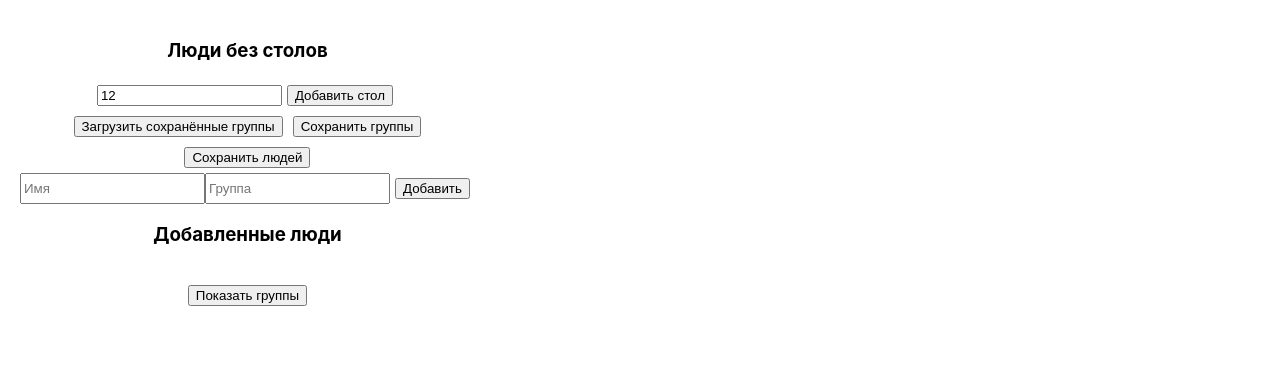
Repository: Vahan-23/Table-V2
Page: /
The author's editor kept a copy of each file at every save. The page is drawn from the files as they stood at one save, then again after the next save.
The browser window is 1280 px wide. The pictures show the whole page.
The project was rebuilt for these pictures with package versions that can differ from the ones it lists, and the page was loaded fresh each time.

Above is the page before, as saved 2025-02-26 11:59:11.

### src/App.js
import './App.css';
import SeatingArrangement from './component/SeatingArrangement';

function App() {
  return (
    <div className="App">
      <SeatingArrangement />
    </div>
  );
}

export default App;

### src/component/SeatingArrangement.jsx
import React, { useState, useEffect } from 'react';
import { useDrag, useDrop } from 'react-dnd';
import { DndProvider } from 'react-dnd';
import { HTML5Backend } from 'react-dnd-html5-backend';
import './App.css';

const UnseatedPeopleList = ({ people, tables }) => {
    // Фильтруем людей, которые не сидят за столами
    const unseatedPeople = people.filter((person) => {
        return !tables.some((table) => table.people.some((tablePerson) => tablePerson && tablePerson.name === person.name));
    });

    return (
        <div className="unseated-people-list">
            <h3>Люди без столов</h3>
            <ul>
                {unseatedPeople.map((person, index) => (
                    <li key={index}>
                        {person.name} (Группа {person.group})
                    </li>
                ))}
            </ul>
        </div>
    );
};

const SeatingArrangement = () => {
    const [tables, setTables] = useState([]);
    const [people, setPeople] = useState([]);
    const [groupInput, setGroupInput] = useState('');
    const [peopleInput, setPeopleInput] = useState('');
    const [showGroups, setShowGroups] = useState(false);
    const [draggingGroup, setDraggingGroup] = useState(null);
    const [zoom, setZoom] = useState(1);
    const [chairCount, setChairCount] = useState(12);

    useEffect(() => {
        window.addEventListener("wheel", handleWheel, { passive: false });
        return () => window.removeEventListener("wheel", handleWheel);
    }, []);

    const handleWheel = (e) => {
        if (e.ctrlKey) {
            e.preventDefault();
            setZoom((prevZoom) => {
                let newZoom = prevZoom + (e.deltaY > 0 ? -0.1 : 0.1);
                return Math.min(Math.max(newZoom, 0.5), 2); // Ограничиваем от 0.5x до 2x
            });
        }
    };

    useEffect(() => {
        const savedTables = JSON.parse(localStorage.getItem('tables'));
        if (savedTables) setTables(savedTables);
        const savedPeople = JSON.parse(localStorage.getItem('people'));
        if (savedPeople) setPeople(savedPeople);
    }, []);

    const handleAddPerson = () => {
        if (peopleInput && groupInput) {
            const newPerson = { name: peopleInput, group: groupInput };
            setPeople([...people, newPerson]);
            setPeopleInput('');
            setGroupInput('');
        } else {
            alert('Пожалуйста, заполните все поля.');
        }
    };

    const handleDeletePerson = (personName) => {
        setPeople(people.filter((person) => person.name !== personName));
    };

    const handleAddTable = () => {
        setTables([...tables, { id: Date.now(),  people: [], chairCount }]); // Передаем количество стульев в таблицу
    };


    const handleChairCountChange = (e) => {
        setChairCount(parseInt(e.target.value, 10)); // Изменяем количество стульев
    };

    const handleDeleteTable = (tableId) => {
        setTables((prevTables) => {
            // Находим удаляемый стол
            const tableToRemove = prevTables.find((t) => t.id === tableId);

            if (tableToRemove) {
                setPeople((prevPeople) => {
                    // Добавляем людей обратно в общий список, избегая дублирования
                    const peopleToReturn = tableToRemove.people.filter((p) => p !== null);
                    return [...prevPeople, ...peopleToReturn];
                });
            }

            // Удаляем стол
            return prevTables.filter((t) => t.id !== tableId);
        });
    };

    const saveTables = () => {
        localStorage.setItem('tables', JSON.stringify(tables));
    };

    const loadSavedTables = () => {
        const savedTables = JSON.parse(localStorage.getItem('tables'));
        if (savedTables) setTables(savedTables);
    };

    const savePeople = () => {
        localStorage.setItem('people', JSON.stringify(people));
    };


    const renderGroups = () => {
        const groupedPeople = people.reduce((acc, person) => {
            if (!acc[person.group]) acc[person.group] = [];
            acc[person.group].push(person);
            return acc;
        }, {});

        return Object.values(groupedPeople).map((group, index) => (
            <Group
                key={index}
                group={group}
                groupName={`Группа ${index + 1}`}
                setDraggingGroup={setDraggingGroup}
            />
        ));
    };


    return (
        <DndProvider backend={HTML5Backend}>
            <div className="container">
                <div className="left-panel">
                <UnseatedPeopleList people={people} tables={tables} />
                    <div className="controls">
                    <input
                            type="number"
                            value={chairCount}
                            onChange={handleChairCountChange}
                            min="1"
                            placeholder="Количество стульев на столе"
                        />
                        <button onClick={handleAddTable}>Добавить стол</button>
                        <button onClick={loadSavedTables}>Загрузить сохранённые группы</button>
                        <button onClick={saveTables}>Сохранить группы</button>
                        <button onClick={savePeople}>Сохранить людей</button>
                    </div>

                    <div className="person-input">
                        <input
                            type="text"
                            value={peopleInput}
                            onChange={(e) => setPeopleInput(e.target.value)}
                            placeholder="Имя"
                        />
                        <input
                            type="text"
                            value={groupInput}
                            onChange={(e) => setGroupInput(e.target.value)}
                            placeholder="Группа"
                        />
                        <button onClick={handleAddPerson}>Добавить</button>
                    </div>

                    <div className="people-list">
                        <h3>Добавленные люди</h3>
                        <ul>
                            {people.map((person, index) => (
                                <li key={index}>
                                    {person.name} (Группа {person.group})
                                    <button
                                        onClick={() => handleDeletePerson(person.name)}
                                        className="delete-btn"
                                    >
                                        Удалить
                                    </button>
                                </li>
                            ))}
                        </ul>
                    </div>

                    <div className="toggle-groups">
                        <button onClick={() => setShowGroups(!showGroups)}>
                            {showGroups ? 'Скрыть группы' : 'Показать группы'}
                        </button>
                        {showGroups && (
                            <div className="group-list">

                                <h3>Группы для перетаскивания: </h3>
                                {renderGroups()}
                                <div className="controls">
                                    <button onClick={() => setZoom((z) => Math.min(z + 0.1, 2))}>+</button>
                                    <button onClick={() => setZoom((z) => Math.max(z - 0.1, 0.5))}>-</button>
                                </div>
                            </div>
                        )}
                    </div>
                </div>

                <div className="right-panel" style={{ transform: `scale(${zoom})`, transformOrigin: "center" }}>
            {tables.map((table) => (
                <Table
                    key={table.id}
                    table={table}
                    setTables={setTables}
                    handleDeleteTable={handleDeleteTable}
                    draggingGroup={draggingGroup}
                    setDraggingGroup={setDraggingGroup}
                    people={people} // Pass the `people` prop here
                    setPeople={setPeople}

                />
            ))}

            {draggingGroup && (
                <NewTable
                    draggingGroup={draggingGroup}
                    setTables={setTables}
                    setDraggingGroup={setDraggingGroup}
                    setPeople={setPeople}
                />
            )}
        </div>
            </div>
        </DndProvider>
    );

};

const Popup = ({ people, onSelectPerson, onClose }) => {
    return (
        <div className="popup-overlay" onClick={onClose}>
            <div className="popup-content" onClick={(e) => e.stopPropagation()}>
                <h3>Выберите человека</h3>
                <ul>
                    {people.map((person, index) => (
                        <li key={index}>
                            <button onClick={() => onSelectPerson(person)}>
                                {person.name}
                            </button>
                        </li>
                    ))}
                </ul>
                <button onClick={onClose}>Закрыть</button>
            </div>
        </div>
    );
};

// Компонент Table
const Table = ({ table, setTables, handleDeleteTable, draggingGroup, setDraggingGroup, people ,setPeople }) => {
    const [selectedChairIndex, setSelectedChairIndex] = useState(null);
    const [isPopupVisible, setIsPopupVisible] = useState(false);

    const [, drop] = useDrop({
        accept: 'GROUP',
        drop: (item) => {
            if (table.people.length + item.group.length <= table.chairCount) { // Используем chairCount стола
                setTables((prevTables) =>
                    prevTables.map((t) =>
                        t.id === table.id
                            ? { ...t, people: [...t.people, ...item.group] }
                            : t
                    )
                );
                setDraggingGroup(null);
                setPeople((prevPeople) =>
                    prevPeople.filter((person) => !item.group.some((groupPerson) => groupPerson.name === person.name))
                ); }
                else {
                alert(`На столе не может быть больше ${table.chairCount} человек!`);
            }
        },
    });

    const handleChairClick = (index) => {
        setSelectedChairIndex(index);
        setIsPopupVisible(true); // Показываем попап
    };

    const handleSelectPerson = (person) => {
        if (selectedChairIndex !== null) {
            const updatedPeople = [...table.people];
            updatedPeople[selectedChairIndex] = person;
            setTables((prevTables) =>
                prevTables.map((t) =>
                    t.id === table.id ? { ...t, people: updatedPeople } : t
                )
            );
            setPeople((prevPeople) =>
                prevPeople.filter((p) => p.name !== person.name)
            );
            setIsPopupVisible(false); // Закрываем попап
            setSelectedChairIndex(null); // Сбрасываем выбранный стул
        }
    };

    const filteredPeople = people.filter((person) => {
        return !table.people.some((tablePerson) => tablePerson && tablePerson.name === person.name);
    });

    const chairs = [];
    const angleStep = 360 / table.chairCount; // Используем chairCount стола
    const radius = 140;

    const peopleOnTable = table.people || [];

    for (let i = 0; i < table.chairCount; i++) { // Здесь также используем chairCount
        const angle = angleStep * i;
        const xPosition = radius * Math.cos((angle * Math.PI) / 180);
        const yPosition = radius * Math.sin((angle * Math.PI) / 180);

        const chairStyle = {
            position: 'absolute',
            top: '50%',
            left: '50%',
            transformOrigin: 'center',
            width: '60px',
            height: '60px',
            backgroundImage: peopleOnTable[i] ? "url('/red1.png')" : "url('/green2.png')",
            backgroundSize: 'cover',
            backgroundPosition: 'center',
            backgroundRepeat: 'no-repeat',
            color: 'white',
            display: 'flex',
            justifyContent: 'center',
            alignItems: 'center',
            borderRadius: '50%',
            fontSize: '12px',
            textAlign: 'center',
            left: `calc(50% + ${xPosition}px)`,
            top: `calc(50% + ${yPosition}px)`,

        };


        if (angle >= 0 && angle < 90) {
            chairStyle.transform = `rotate(${angle + 90}deg)`;
        } else if (angle >= 90 && angle < 180) {
            chairStyle.transform = `rotate(${angle + 90}deg)`;
        } else if (angle >= 180 && angle < 270) {
            chairStyle.transform = `rotate(${angle + 90}deg)`;
        } else {
            chairStyle.transform = `rotate(${angle + 90}deg)`;
        }

        chairs.push(
            <div
                key={i}
                className="chair"
                style={chairStyle}
                onClick={() => handleChairClick(i)}
            >
                {peopleOnTable[i] ? peopleOnTable[i].name : ''}
            </div>
        );
    }


    return (
        <div ref={drop} className="tableContainer">
            <h3>Стол {table.id} (Стульев: {table.chairCount})</h3> {/* Отображаем количество стульев */}
            <div className="table">
                <div className="table-top">
                    {chairs}
                </div>
            </div>
            <button onClick={() => handleDeleteTable(table.id)}>Удалить стол</button>

            {isPopupVisible && (
                <div className="popup-overlay">
                    <div className="popup">
                        <h3>Выберите человека</h3>
                        <ul>
                            {filteredPeople.map((person) => (
                                <li key={person.name} onClick={() => handleSelectPerson(person)}>
                                    {person.name}
                                </li>
                            ))}
                        </ul>
                        <button onClick={() => setIsPopupVisible(false)}>Закрыть</button>
                    </div>
                </div>
            )}
        </div>
    );
};


const Group = ({ group, groupName, setDraggingGroup }) => {
    const [{ isDragging }, drag] = useDrag({
        type: 'GROUP',
        item: { group },
        collect: (monitor) => ({
            isDragging: monitor.isDragging(),
        }),
    });

    useEffect(() => {
        if (isDragging) {
            setDraggingGroup(group);
        }
    }, [isDragging, group, setDraggingGroup]);

    return (
        <div ref={drag} className="group" style={{ opacity: isDragging ? 0.5 : 1 }}>
            <h4>{groupName}</h4>
        </div>
    );
};




const NewTable = ({ draggingGroup, setTables, setDraggingGroup , setPeople }) => {
    const [{ isOver }, drop] = useDrop({
        accept: 'GROUP',
        drop: (item) => {
            // Ensure the group isn't too large
            if (item.group.length <= 12) {
                const newTable = {
                    id: Date.now(), // Unique ID for the table
                    people: item.group, // Assign the dropped group to the table
                    chairCount: item.group.length, // Number of chairs is equal to the group size
                };

                // Add the new table to the state
                setTables((prevTables) => [...prevTables, newTable]);
                setPeople((prevPeople) =>
                    prevPeople.filter((person) => !item.group.some((groupPerson) => groupPerson.name === person.name))
                );

            } else {
                alert('Новый стол не может содержать больше 12 человек!');
            }

            // Reset the dragging group after the drop
            setDraggingGroup(null);
        },
        collect: (monitor) => ({
            isOver: monitor.isOver(), // Determine if the area is being hovered
        }),
    });

    return (
        <div
            ref={drop}
            className={`new-table ${isOver ? 'hovered' : ''}`} // Add a visual effect when hovered
            style={{
                border: '2px dashed gray',
                padding: '20px',
                textAlign: 'center',
                backgroundColor: isOver ? '#e0e0e0' : '#f5f5f5',
            }}
        >
            Перетащите группу сюда, чтобы создать новый стол
        </div>
    );
};


export default SeatingArrangement;

### src/component/App.css
.container {
  display: flex;
  padding: 20px;
}

.left-panel {
  flex: 1;
  margin-right: 20px;
}

.right-panel {
  flex: 2;
  display: flex;
  flex-wrap: wrap;
  justify-content: flex-start;
}

.controls button, .person-input button {
  margin: 5px;
}

.person-input {
  display: flex;
  justify-content: space-between;
  margin-bottom: 10px;
}

.people-list ul {
  list-style-type: none;
  padding: 0;
}

.people-list li {
  margin-bottom: 10px;
}

.delete-btn {
  margin-left: 10px;
}

.toggle-groups button {
  margin-top: 20px;
}

.tableContainer{
  position: relative;
  display: flex;
  width: 450px;
  height: 450px;
  /* background-color: aqua; */
  justify-content: space-between;
  align-items: center;
  text-align: center;
  flex-direction: column;
  /* border-radius: 50%; */
  overflow: hidden;
}

.table {
  /* position: relative; */
  margin: 20px;
  width: 200px;
  height: 200px;
  border: 50px solid #e7d8c7;
  border-radius: 50%;
  display: flex;
  justify-content: center;
  align-items: center;
  background-image: url('../../public/table.jpg');
  background-size: cover;
}

.table-top {
  position: relative;
  top: -15%;
  left: -15%;
  /* /* width: 250px; */
  /* height: 250px; */
}

.chair {
  position: absolute;
  width: 60px;
  height: 60px;
  background-size: cover;
  background-position: center;
  background-repeat: no-repeat;
  color: white;
  display: flex;
  justify-content: center;
  align-items: center;
  border-radius: 50%;
  font-size: 12px;
  text-align: center;
  cursor: pointer;
  transition: transform 0.2s ease, opacity 0.2s ease;
}

.chair:hover {
  transform: scale(1.1);
  opacity: 0.7;
}
.new-table {
  width: 100px;
  height: 100px;
  background-color: lightgray;
  margin: 10px;
  display: flex;
  justify-content: center;
  align-items: center;
  font-size: 14px;
  border: 2px dashed #3498db;
  position: relative;
}

.group {
  padding: 10px;
  border: 1px solid black;
  margin-bottom: 10px;
  cursor: move;
}

.group h4 {
  margin: 0;
}

/* Стиль для затемнённого фона */
.popup-overlay {
  position: fixed;
  top: 0;
  left: 0;
  width: 100%;
  height: 100%;
  background: rgba(0, 0, 0, 0.7);
  display: flex;
  justify-content: center;
  align-items: center;
  z-index: 1000; /* Делает попап на переднем плане */
}

/* Стиль для самого попапа */
.popup {
  background-color: white;
  padding: 20px;
  border-radius: 8px;
  box-shadow: 0 4px 6px rgba(0, 0, 0, 0.1);
  width: 300px;
  max-height: 80%;
  overflow-y: auto;
}

/* Список людей */
.popup ul {
  list-style-type: none;
  padding: 0;
}

.popup li {
  padding: 10px;
  cursor: pointer;
  border-bottom: 1px solid #ddd;
}

.popup li:hover {
  background-color: #f0f0f0;
}

.popup button {
  margin-top: 10px;
  background-color: #ff6b6b;
  color: white;
  border: none;
  padding: 10px 15px;
  border-radius: 5px;
  cursor: pointer;
  font-size: 14px;
}

.popup button:hover {
  background-color: #ff4a4a;
}

Loaded but not shown: public/index.html (common file); src/index.js (common file); src/index.css (common file); src/reportWebVitals.js (common file); src/App.css (common file)

After the next save:
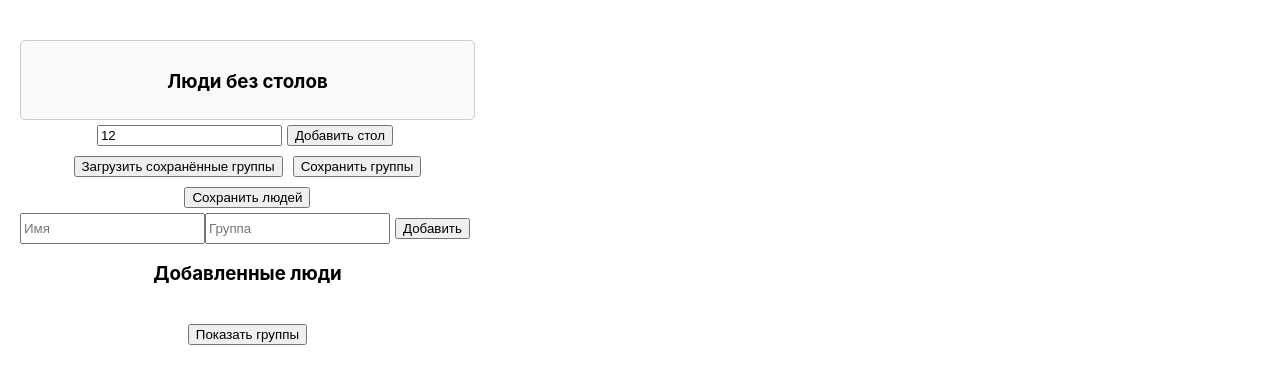
Saved 14 s later.
--- a/src/component/App.css
+++ b/src/component/App.css
@@ -179,3 +179,29 @@
 .popup button:hover {
   background-color: #ff4a4a;
 }
+
+.unseated-people-list {
+  margin-top: 20px;
+  padding: 10px;
+  border: 1px solid #ccc;
+  border-radius: 5px;
+  background-color: #f9f9f9;
+}
+
+.unseated-people-list h3 {
+  margin-bottom: 10px;
+}
+
+.unseated-people-list ul {
+  list-style-type: none;
+  padding: 0;
+}
+
+.unseated-people-list li {
+  padding: 5px;
+  border-bottom: 1px solid #ddd;
+}
+
+.unseated-people-list li:last-child {
+  border-bottom: none;
+}
